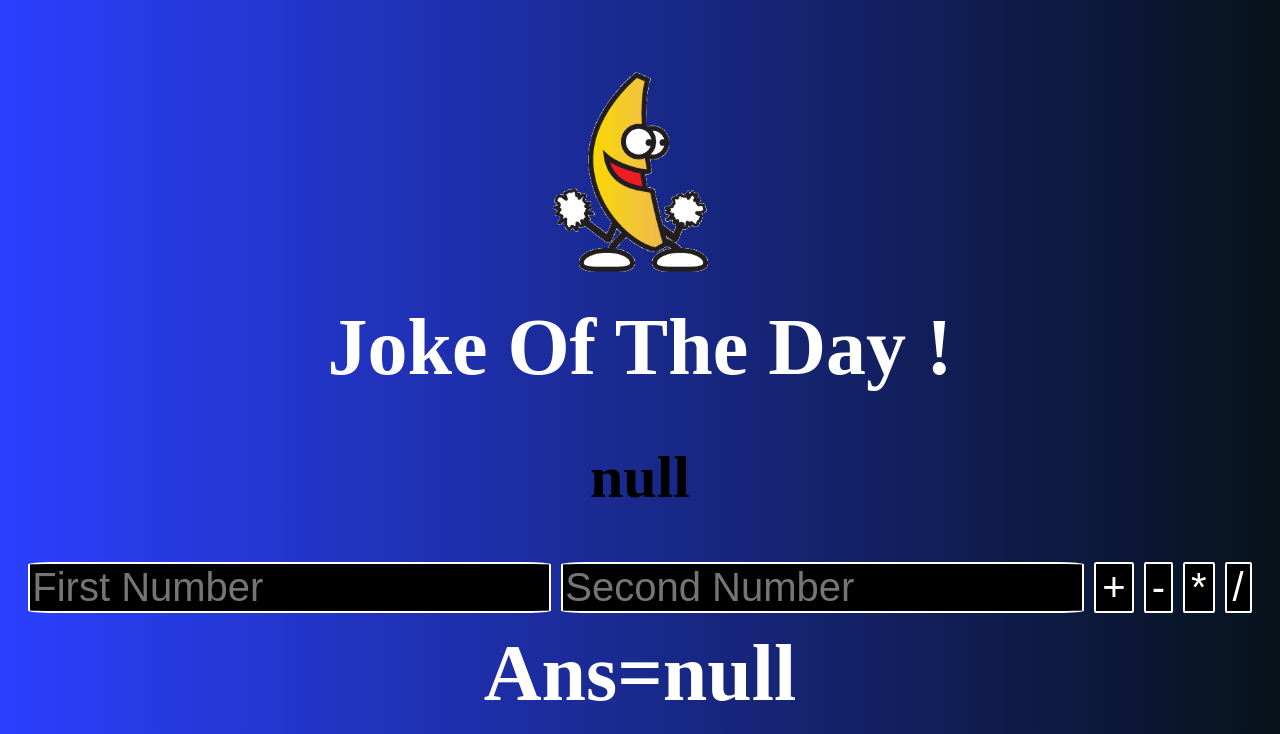
Repository: abhishekkumar013/Java-Code
Page: http://localhost/JokeCalculator/result.jsp
The author's editor kept a copy of each file at every save. The page is drawn from the files as they stood at one save, then again after the next save.
The browser window is 1280 px wide. The pictures show the whole page.
The page is served by Tomcat 10. Other server files are loaded and not shown.

Above is the page before, as saved 2024-07-02 04:20:08.

### JokeCalculator/src/main/webapp/result.jsp
<%@ page language="java" contentType="text/html; charset=UTF-8"
    pageEncoding="UTF-8"%>
<!DOCTYPE html>
<html>
<head>
<meta charset="UTF-8">
<title>First Project by CodingWallahSir</title>
<style type="text/css">

body {
  font-size: 40px;
  text-align:center;
  background: linear-gradient(to right,  #2b40ff,#07121a);
}

h1,h3{
color: white;
margin:15px;
}
input, button {
  font-size:40px;
  color: white;
  border-radius: 5%;
  background-color: black;
  border: 2px solid white;
}

img{
width: 20%;
height:20%;
margin-top: 20px;
}
img:hover{
  -ms-transform: scale(1.1); /* IE 9 */
  -webkit-transform: scale(1.1); /* Safari 3-8 */
   transform: scale(1.1);
}

</style>

</head>
<body>

    <img alt="" src="images\output.gif">
    <h1>Joke Of The Day !</h1>
    <h2><%=request.getParameter("joke")%> </h2>


<form action="MyServlet">
    <input name="num1" placeholder="First Number"></input>
    <input name="num2" placeholder="Second Number"></input>
    <button name="bt1" value="1"> + </button>
    <button name="bt1" value="2"> - </button>
    <button name="bt1" value="3"> * </button>
    <button name="bt1" value="4"> / </button>
</form>
<h1>Ans=<%=request.getParameter("ans")%> </h1>


</body>
</html>

After the next save:
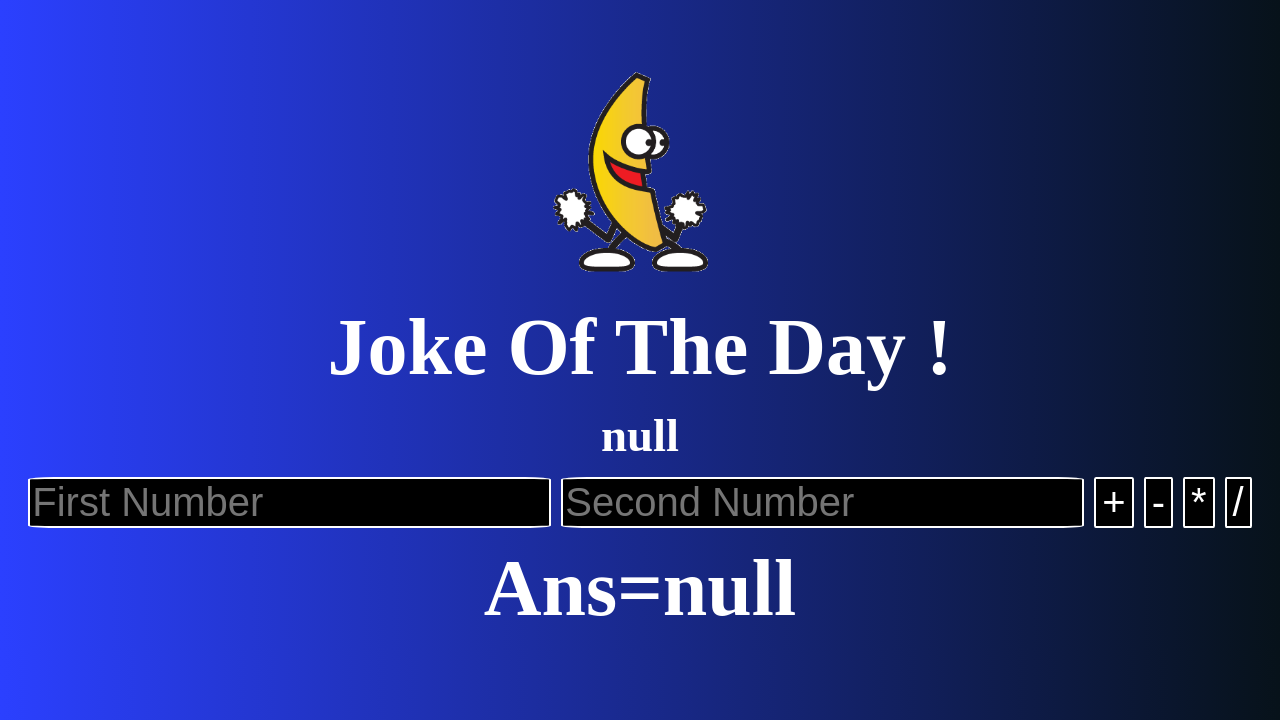
Saved 2 min 34 s later.
--- a/JokeCalculator/src/main/webapp/result.jsp
+++ b/JokeCalculator/src/main/webapp/result.jsp
@@ -43,7 +43,7 @@
 
     <img alt="" src="images\output.gif">
     <h1>Joke Of The Day !</h1>
-    <h2><%=request.getParameter("joke")%> </h2>
+    <h3><%=request.getParameter("joke")%> </h3>
 
 
 <form action="MyServlet">
